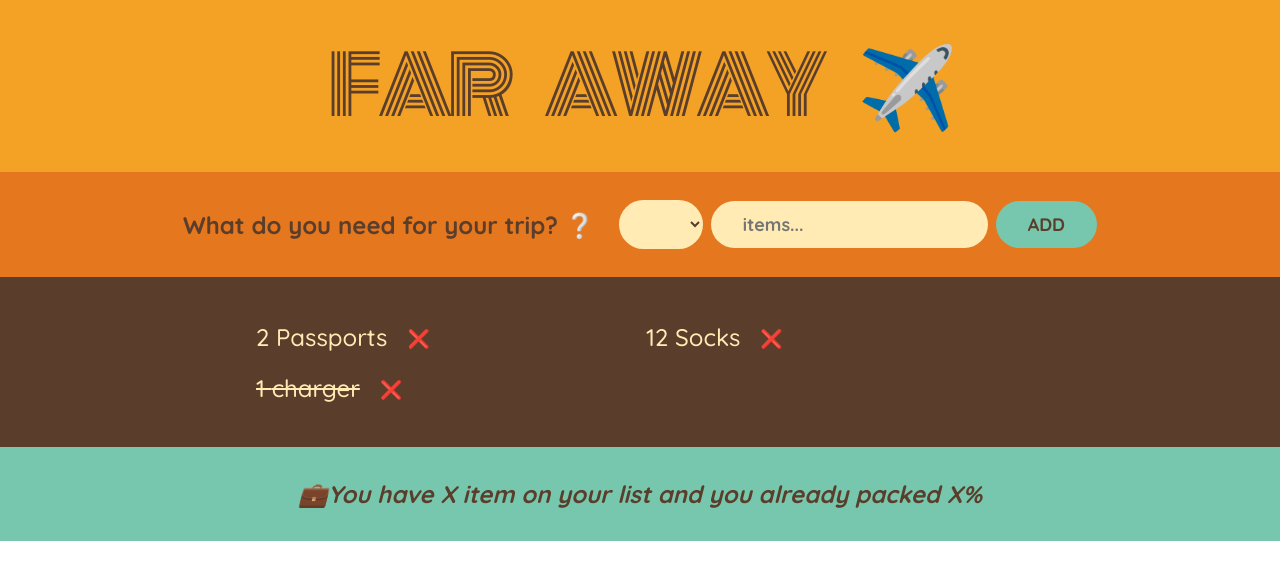
Repository: vgor15/Far-Away
Page: /
These files come from the project's save history. The page is drawn as it stood at one moment and after a run of saves; the edit follows.
The browser window is 1280 px wide. The pictures show the whole page.
The project was rebuilt for these pictures with package versions that can differ from the ones it lists, and the page was loaded fresh each time.

Above is the page before, as saved 2025-03-09 00:03:48.

After the next 6 saves:
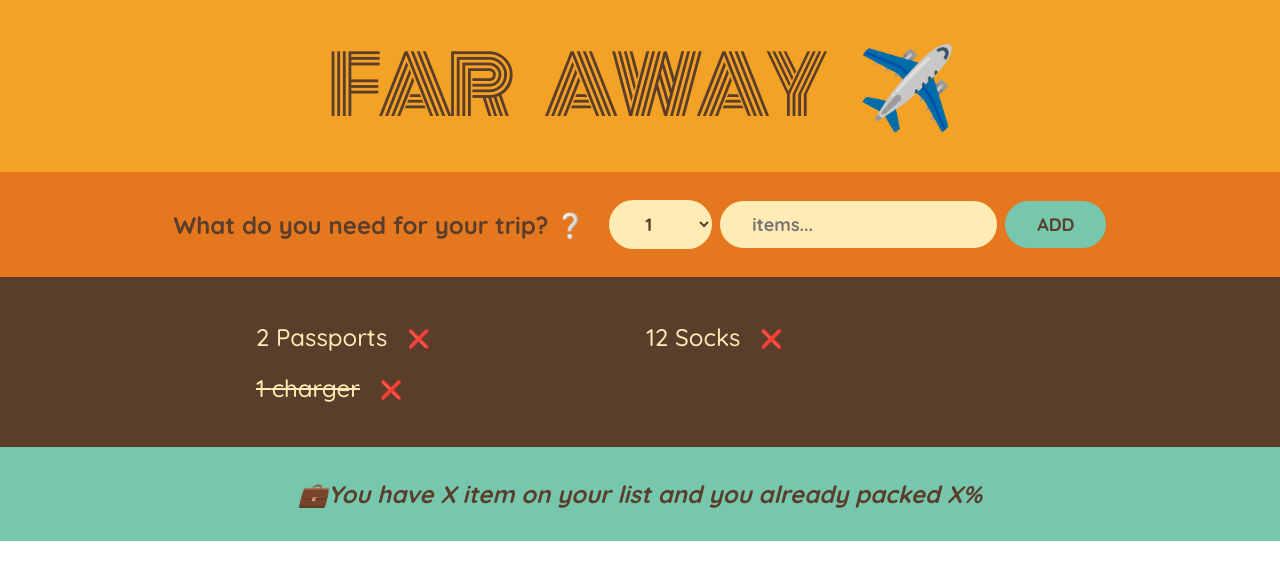
The 6 saves are shown as one change because 1 did not build or start and some came seconds apart.
The last was saved 22 s later.
--- a/src/App.js
+++ b/src/App.js
@@ -23,7 +23,11 @@
   return (
     <div className="add-form">
       <h3>What do you need for your trip? ❔</h3>
-      <select>{Array.from({ length: 10 }, (_, i) => i + 1).map(item=>Option)}</select>
+      <select>
+        {Array.from({ length: 10 }, (_, i) => i + 1).map((item) => (
+          <option value={item}>{item}</option>
+        ))}
+      </select>
       <input type="text" placeholder="items..." />
       <button>Add</button>
     </div>
